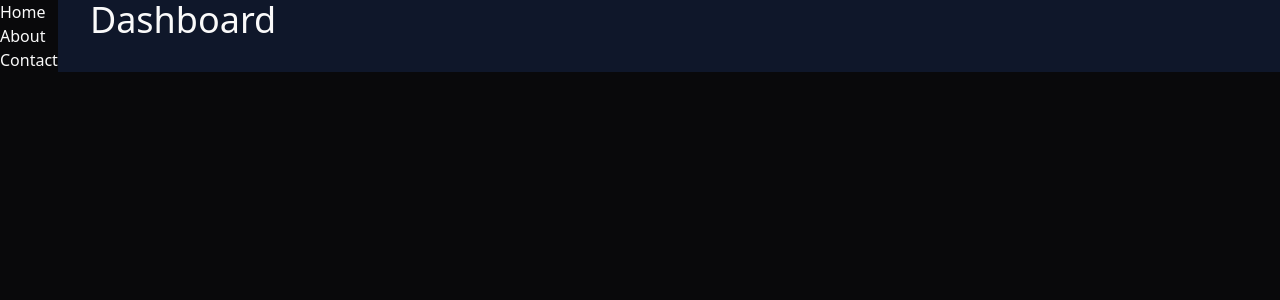
Repository: svoglimacci/recipe-app-tmp
Page: /app
These files come from the project's save history. The page is drawn as it stood at one moment and after the next save; the edit follows.
The browser window is 1280 px wide. The pictures show the whole page.
The project was rebuilt for these pictures with package versions that can differ from the ones it lists, and the page was loaded fresh each time. Also part of the build but not shown: vite.config.ts, src/components/Recipe.tsx, src/components/RecipeList.tsx, src/components/RecipeCard.tsx, src/views/Login.tsx, src/views/Landing.tsx, src/views/Home.tsx.

Above is the page before, as saved 2024-01-30 13:52:46.

After the next save:
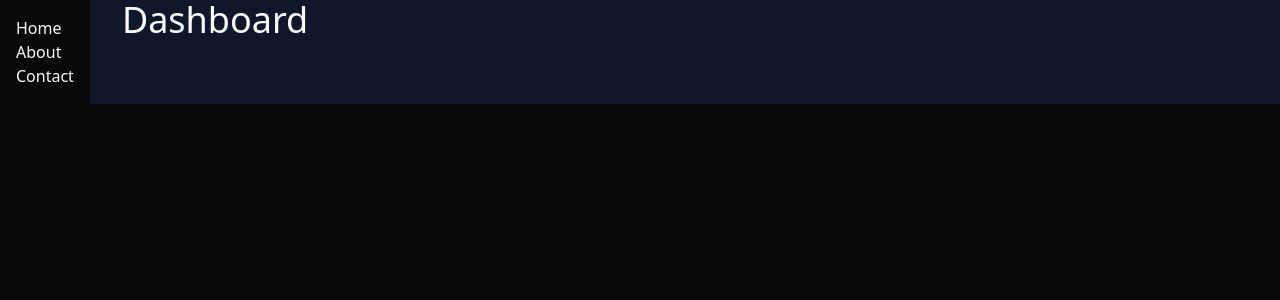
Saved 38 s later.
--- a/src/components/Nav.tsx
+++ b/src/components/Nav.tsx
@@ -1,7 +1,7 @@
 
 function Nav() {
   return (
-  <nav className="flex flex-row">
+  <nav className="flex flex-row p-4">
   <ul className="flex flex-col justify-between">
     <li className="text-primary">Home</li>
     <li className="text-primary">About</li>
